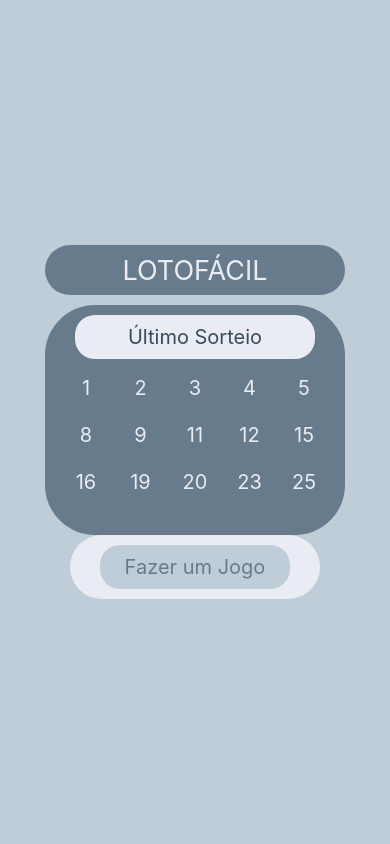
Repository: Deyvid-Kasteh/LotofacilApp
Screen: /
These files come from the project's save history. The screen is drawn as it stood at one moment and after the next save; the edit follows.
The app was drawn by React Native's web renderer in a window 390 px wide. The project was rebuilt for these pictures with package versions that can differ from the ones it lists, and the page was loaded fresh each time. Also part of the build but not shown: paginaTESTE.js.

Above is the screen before, as saved 2023-11-27 07:05:08.

### App.js
import { StatusBar } from 'expo-status-bar';
import { Text, View } from 'react-native';
import MainPage from './pages/MainPage';

export default function App() {
  return (
    <MainPage/>
  );
}

### pages/MainPage.js
import { View, Text } from 'react-native'
import React from 'react'
import { StatusBar } from "expo-status-bar";
import Resultado from '../components/Resultado';
import PaginaTesteee from '../paginaTESTE';

const MainPage = () => {
  return (
    <View
      style={{
        flex: 1,
        alignItems: "center",
        justifyContent: "center",
        backgroundColor: "#BFCDD9",
        // backgroundColor: "#E9ECF2",
      }}
    >
      <StatusBar style="auto" />
      {/* <Text>Lotofácil</Text> */}
      <Resultado />
      {/* <PaginaTesteee/> */}
    </View>
  );
}

export default MainPage

### components/Resultado.js
import { View, Text, TouchableOpacity } from "react-native";
import React, { useState } from "react";
import Bubble from "./Bubble";
import latestJson from "../Latest.json";

const Resultado = () => {
  const [viewHeight, setViewHeight] = useState(50);
  const toggleHeight = () => {
    const newHeight = viewHeight === 50 ? 200 : 50;
    setViewHeight(newHeight);
    console.log("mudou");
  };

  const dezenas = latestJson.Dezenas;
  const dezenasParaEscolher = [
    1, 2, 3, 4, 5, 6, 7, 8, 9, 10, 11, 12, 13, 14, 15, 16, 17, 18, 19, 20, 21,
    22, 23, 24, 25,
  ];

  const changeStyle = () => {
    console.log(latestJson.Dezenas);
  };

  const renderFazerJogo = () => {
    if (viewHeight === 50) {
    } else {
      return (
        <View
          style={{
            flexWrap: "wrap",
            flexDirection: "row",
            alignContent: "center",
            justifyContent: "space-evenly",
          }}
        >
          {dezenasParaEscolher.map((numero, index) => (
            <TouchableOpacity key={index}>
              <Bubble numero={numero} />
            </TouchableOpacity>
          ))}
        </View>
      );
    }
  };

  return (
    <View
      style={{
        flex: 1,
        justifyContent: "center",
        alignItems: "center",
      }}
    >
      <View
        style={{
          width: 300,
          height: 50,
          borderRadius: 50,
          alignItems: "center",
          justifyContent: "center",
          elevation: 2,
          backgroundColor: "#687B8C",
          marginBottom: 10,
        }}
      >
        <Text
          style={{
            color: "#E9ECF2",
            // color: "#394A59",
            fontSize: 27,
          }}
        >
          LOTOFÁCIL
        </Text>
      </View>
      <View
        style={{
          width: 300,
          height: 230,
          padding: 10,
          borderRadius: 50,
          // flexWrap: "wrap",
          // flexDirection: "row",
          // alignContent: "center",
          // justifyContent: "flex-start",
          alignItems: "center",
          elevation: 2,
          // backgroundColor: "#95ACBF",
          // backgroundColor: "#E9ECF2",
          // backgroundColor: "#394A59",
          backgroundColor: "#687B8C",
          // backgroundColor: "#BFCDD9",
        }}
      >
        <TouchableOpacity
          style={{
            width: 240,
            backgroundColor: "#394A59",
            backgroundColor: "#687B8C",
            backgroundColor: "#E9ECF2",

            elevation: 5,
            // alignContent: "center",
            justifyContent: "center",
            alignItems: "center",

            padding: 10,
            borderRadius: 20,
            marginBottom: 5,
          }}
          onPress={() => changeStyle()}
        >
          <Text
            style={{
              color: "#E9ECF2",
              color: "#394A59",

              fontSize: 20,
            }}
          >
            Último Sorteio
          </Text>
        </TouchableOpacity>
        <View
          style={{
            flexWrap: "wrap",
            flexDirection: "row",
            alignContent: "center",
            justifyContent: "space-evenly",
          }}
        >
          {dezenas.map((numero, index) => (
            <Bubble key={index} numero={numero} />
          ))}
        </View>
      </View>

      {/* SEPARAÇÃO */}
      {/* SEPARAÇÃO */}
      <View
        style={[
          {
            width: 300,
            // height: 320,
            padding: 10,
            borderRadius: 50,

            alignItems: "center",
            elevation: 2,
            // backgroundColor: "#95ACBF",
            // backgroundColor: "#E9ECF2",
            // backgroundColor: "#394A59",
            backgroundColor: "#687B8C",
            // backgroundColor: "#BFCDD9",
          },
          viewHeight === 50
            ? { width: 250, backgroundColor: "#E9ECF2" }
            : { width: 300, backgroundColor: "#687B8C" },
        ]}
      >
        <TouchableOpacity
          style={[
            {
              width: 240,
              backgroundColor: "#394A59",
              backgroundColor: "#687B8C",
              backgroundColor: "#E9ECF2",
              elevation: 5,
              justifyContent: "center",
              alignItems: "center",
              padding: 10,
              borderRadius: 20,
            },
            viewHeight === 50
              ? { width: 190, backgroundColor: "#BFCDD9" }
              : { width: 240, backgroundColor: "#E9ECF2" },
          ]}
          onPress={() => toggleHeight()}
        >
          <Text
            style={[
              {
                fontSize: 20,
              },
              viewHeight === 50 ? { color: "#687B8C" } : { color: "#394A59" },
            ]}
          >
            Fazer um Jogo
          </Text>
        </TouchableOpacity>
        {renderFazerJogo()}
      </View>

      {/* <View
        style={{
          width: 250,
          height: 70,
          // padding: 10,
          borderRadius: 50,
          marginTop: 10,
          alignContent: "center",
          justifyContent: "center",
          justifyContent: "space-around",
          alignItems: "center",
          elevation: 2,
          // backgroundColor: "#95ACBF",
          backgroundColor: "#E9ECF2",
          // backgroundColor: "#394A59",
          // backgroundColor: "#687B8C",
          // backgroundColor: "#BFCDD9",
          // backgroundColor: "#687B8C",
        }}
      >
        <TouchableOpacity
          style={{
            width: 190,
            backgroundColor: "#394A59",
            // backgroundColor: "#687B8C",
            // backgroundColor: "#E9ECF2",
            backgroundColor: "#95ACBF",
            backgroundColor: "#BFCDD9",

            // elevation: 2,
            alignContent: "center",
            justifyContent: "center",
            alignItems: "center",
            padding: 10,
            borderRadius: 20,
          }}
          onPress={() => changeStyle()}
        >
          <Text
            style={{
              color: "#E9ECF2",
              color: "#394A59",
              color: "#687B8C",

              fontSize: 20,
            }}
          >
            Estatisticas
          </Text>
        </TouchableOpacity>
      </View> */}
      {/* <View
        style={{
          width: 250,
          height: 70,
          // padding: 10,
          borderRadius: 50,
          marginTop: 10,
          alignContent: "center",
          justifyContent: "center",
          justifyContent: "space-around",
          alignItems: "center",
          elevation: 2,
          // backgroundColor: "#95ACBF",
          backgroundColor: "#E9ECF2",
          // backgroundColor: "#394A59",
          // backgroundColor: "#687B8C",
          // backgroundColor: "#BFCDD9",
          // backgroundColor: "#687B8C",
        }}
      >
        <TouchableOpacity
          style={{
            width: 190,
            backgroundColor: "#394A59",
            // backgroundColor: "#687B8C",
            // backgroundColor: "#E9ECF2",
            backgroundColor: "#95ACBF",
            backgroundColor: "#BFCDD9",

            // elevation: 2,
            alignContent: "center",
            justifyContent: "center",
            alignItems: "center",
            padding: 10,
            borderRadius: 20,
          }}
          onPress={() => changeStyle()}
        >
          <Text
            style={{
              color: "#E9ECF2",
              color: "#394A59",
              color: "#687B8C",

              fontSize: 20,
            }}
          >
            Conferir resultado
          </Text>
        </TouchableOpacity>
      </View> */}
    </View>
  );
};

export default Resultado;

### components/Bubble.js
import { View, Text } from "react-native";
import React from "react";

const Bubble = (props) => {
  return (
    <View
      style={{
        width: 35,
        height: 35,
        // backgroundColor: "#394A59",
        backgroundColor: "#687B8C",

        // backgroundColor: props.corDeFundo,
        borderRadius: 50,
        alignContent: "center",
        justifyContent: "center",
        alignItems: "center",
        margin: 6,
        // elevation: 5,
        opacity: 1,
      }}
    >
      <Text
        style={{
          color: "#E9ECF2",
          fontSize: 20,
        }}
      >
        {props.numero}
      </Text>
    </View>
  );
};

export default Bubble;

### Latest.json
{
  "concurso": 2960,
  "Data Sorteio": "22/11/2023",
  "Dezenas": [
    1,
    2,
    3,
    4,
    5,
    8,
    9,
    11,
    12,
    15,
    16,
    19,
    20,
    23,
    25
  ],
  "Ganhadores 15 acertos": 3,
  "Cidade / UF": "BRASILIA/DF; JARAGUA/GO; IPATINGA/MG",
  "Premio 15 Acertos": "R$1.639.439,24",
  "Ganhadores 14 Acertos": 433,
  "Premio 14 Acertos": "R$1.732,84",
  "Ganhadores 13 Acertos": 13831,
  "Premio 13 Acertos": "R$30,00",
  "Ganhadores 12 Acertos": 163567,
  "Premio 12 Acertos": "R$12,00",
  "Ganhadores 11 Acertos": 882304,
  "Premio 11 Acertos": "R$6,00"
}

After the next save:
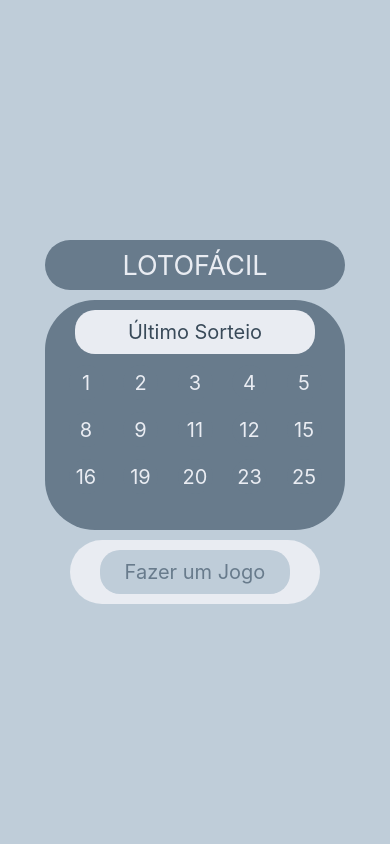
Saved 12 s later.
--- a/components/Resultado.js
+++ b/components/Resultado.js
@@ -90,6 +90,7 @@
           // backgroundColor: "#394A59",
           backgroundColor: "#687B8C",
           // backgroundColor: "#BFCDD9",
+          marginBottom: 10,
         }}
       >
         <TouchableOpacity
